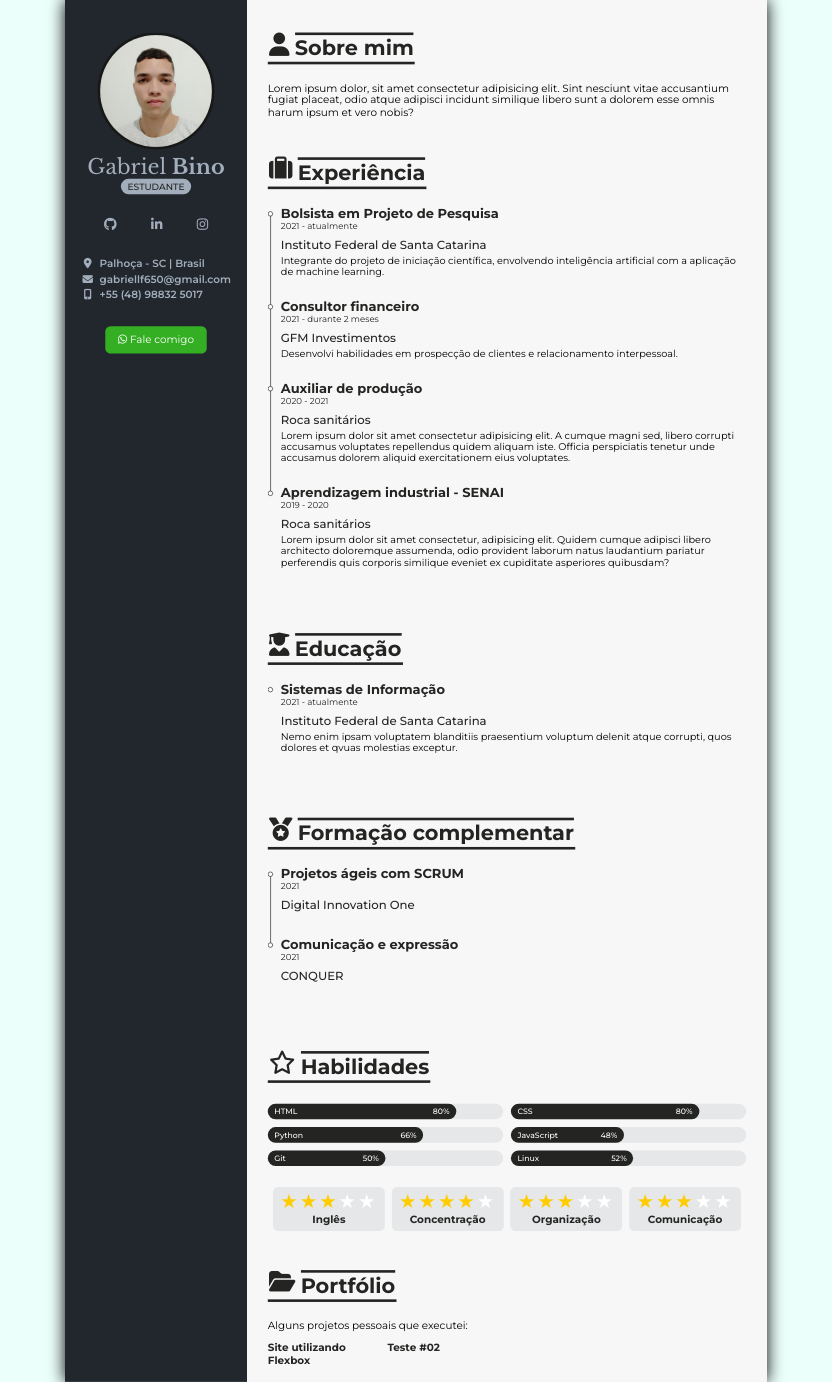
Repository: gabrielbino/curriculoResponsivo
Page: index.html
The author's editor kept a copy of each file at every save. The page is drawn from the files as they stood at one save, then again after the next save.
The browser window is 1280 px wide. The pictures show the whole page, at 65% of full size.
Some web libraries are served in a nearby version.

Above is the page before, as saved 2021-10-20 23:02:12.

After the next save:
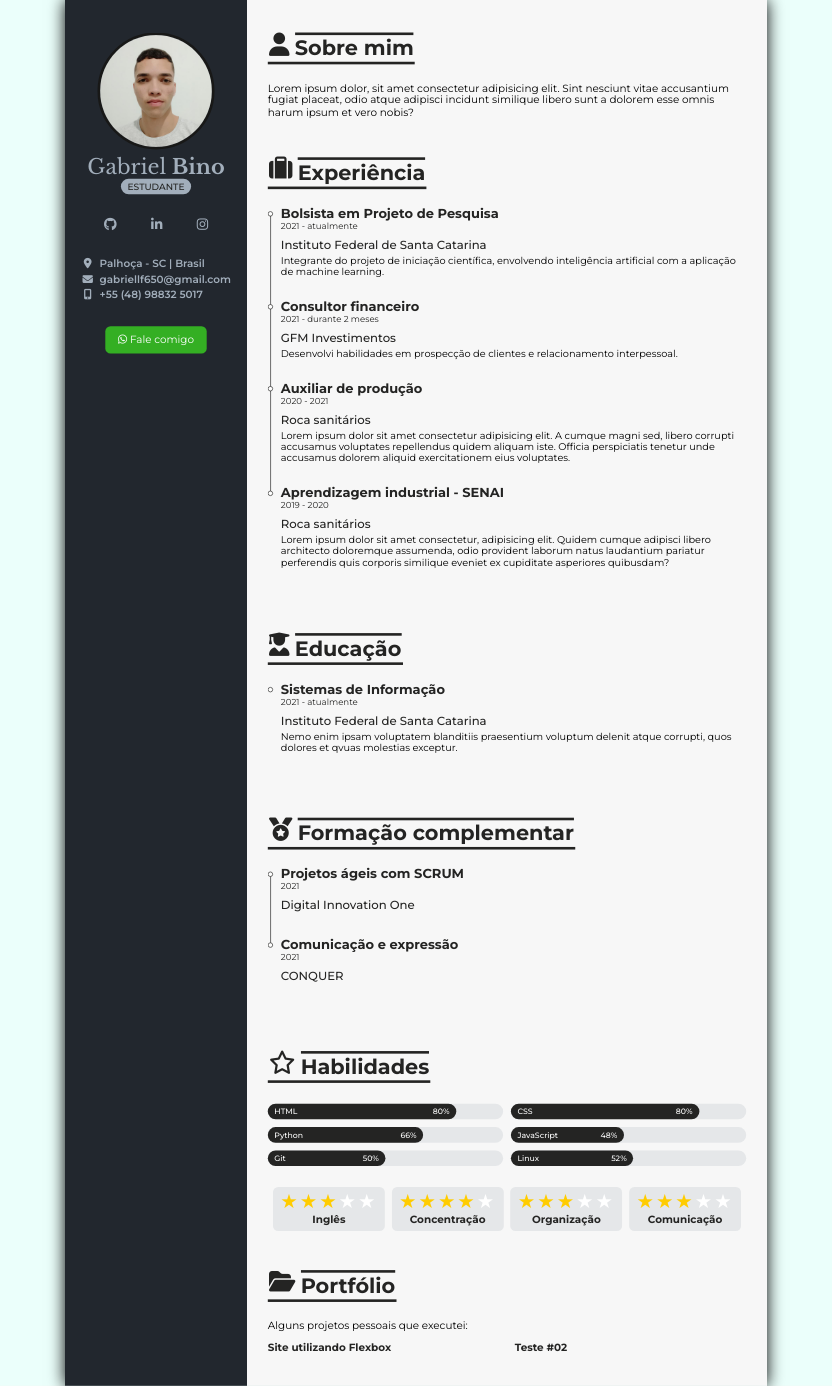
Saved 29 s later.
--- a/css/style.css
+++ b/css/style.css
@@ -279,7 +279,7 @@ article:not(:last-of-type) {
 
 .portfolio {
   display: flex;
-  flex-wrap: column wrap;
+  flex-wrap: wrap;
   justify-content: space-between;
 }
 
